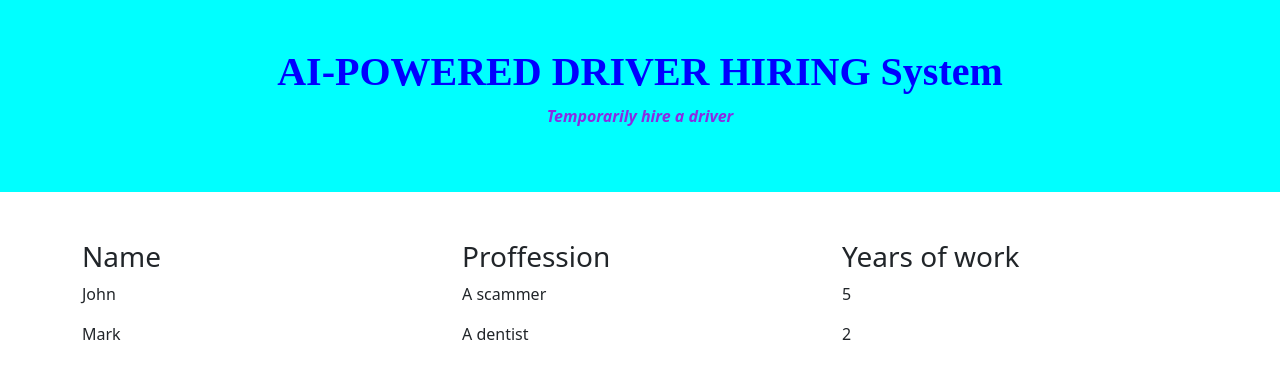
Repository: Wuda2000/AI-powered-Driver-hiring-system
Page: ONE.html
The author's editor kept a copy of each file at every save. The page is drawn from the files as they stood at one save, then again after the next save.
The browser window is 1280 px wide. The pictures show the whole page.

Above is the page before, as saved 2024-12-23 22:29:49.

### ONE.html
<!DOCTYPE html>
<html lang="en">
<head>
  <title>Bootstrap 5 Example</title>
  <meta charset="utf-8">
  <meta name="viewport" content="width=device-width, initial-scale=1">
  <link href="https://cdn.jsdelivr.net/npm/bootstrap@5.3.3/dist/css/bootstrap.min.css" rel="stylesheet">
  <script src="https://cdn.jsdelivr.net/npm/bootstrap@5.3.3/dist/js/bootstrap.bundle.min.js"></script>
</head>
<body>


    <div class="container-fluid p-5 text-white text-center" style="background-color: aqua;">
        <h1 style="color: blue; font-family:'Times New Roman', Times, serif; " ><b>AI-POWERED DRIVER HIRING System</b></h1>
        <p style="color: blueviolet;font-style:italic;"><b>Temporarily hire a driver</b></p>
      </div>

      <div class="container mt-5">
        <div class="row">
          <div class="col-sm-4">
            <h3>Name</h3>
            <p>John</p>
            <p>Mark</p>
          </div>
          <div class="col-sm-4">
            <h3>Proffession</h3>
            <p>A scammer</p>
            <p>A dentist</p>
          </div>
          <div class="col-sm-4">
            <h3>Years of work</h3>
            <p>5</p>
            <p>2</p>
          </div>
        </div>
      </div>
</body>
</html>

After the next save:
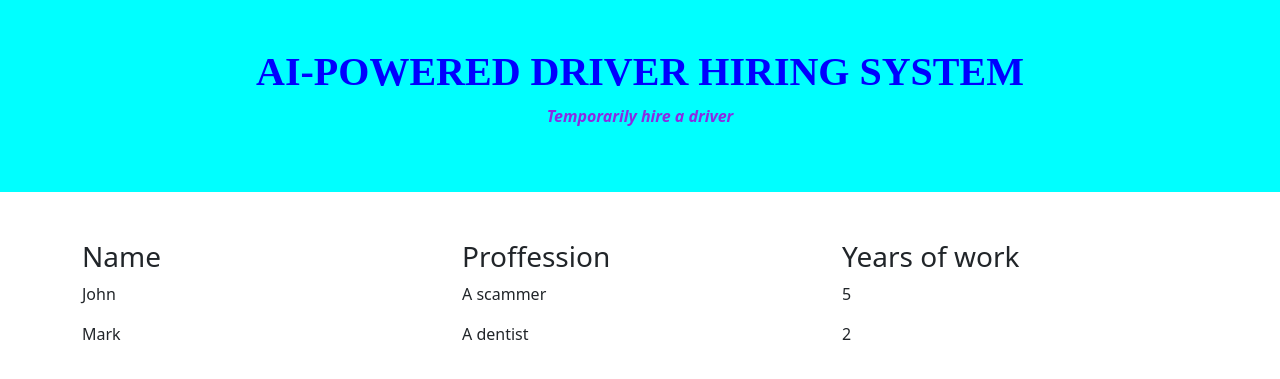
Saved 5 s later.
--- a/ONE.html
+++ b/ONE.html
@@ -11,7 +11,7 @@
 
 
     <div class="container-fluid p-5 text-white text-center" style="background-color: aqua;">
-        <h1 style="color: blue; font-family:'Times New Roman', Times, serif; " ><b>AI-POWERED DRIVER HIRING System</b></h1>
+        <h1 style="color: blue; font-family:'Times New Roman', Times, serif; " ><b>AI-POWERED DRIVER HIRING SYSTEM</b></h1>
         <p style="color: blueviolet;font-style:italic;"><b>Temporarily hire a driver</b></p>
       </div>
 
